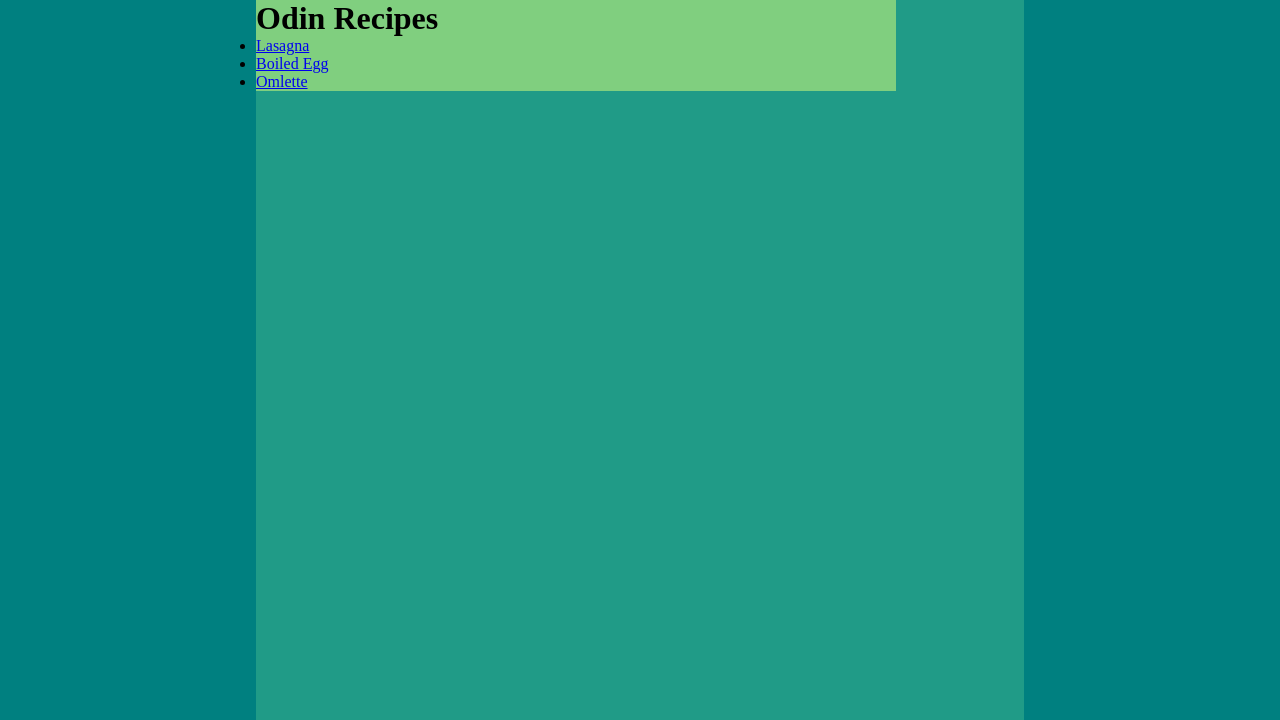
Repository: Pafestivo/odin-recipes
Page: index.html
The author's editor kept a copy of each file at every save. The page is drawn from the files as they stood at one save, then again after the next save.
The browser window is 1280 px wide. The pictures show the whole page.

Above is the page before, as saved 2022-09-24 12:25:57.

After the next save:
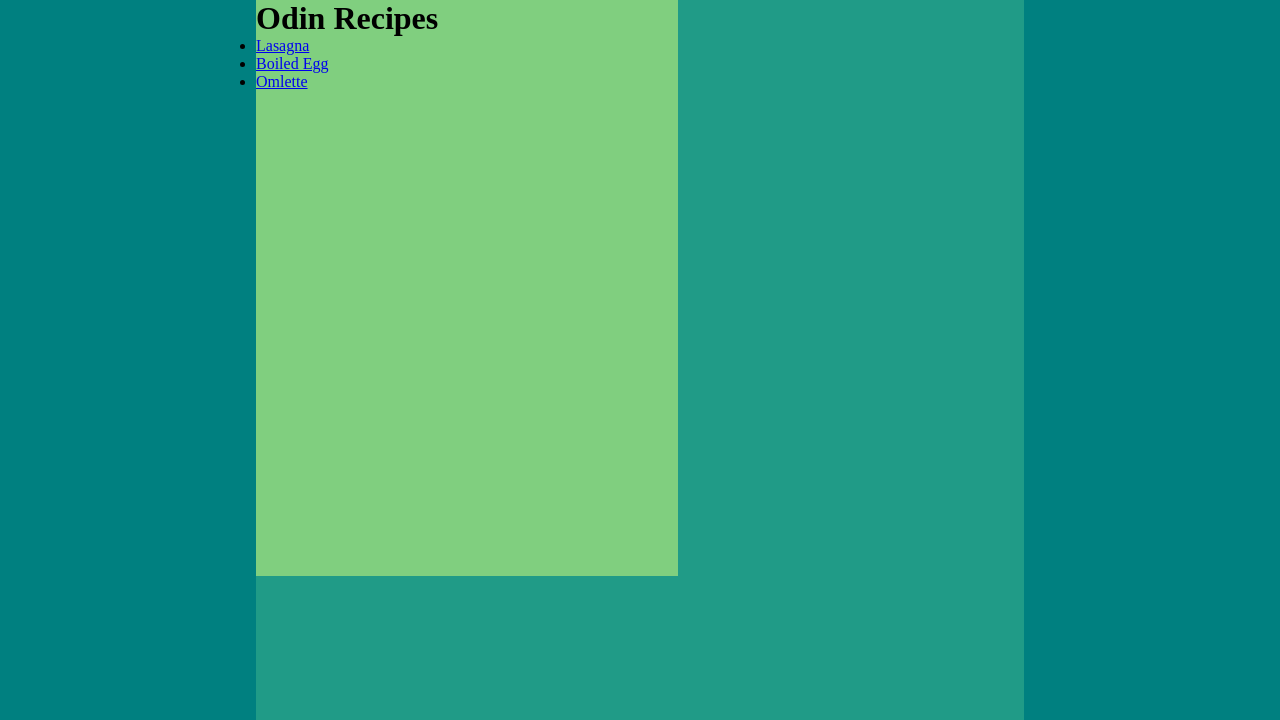
Saved 18 s later.
--- a/css/styles.css
+++ b/css/styles.css
@@ -18,6 +18,7 @@ body {
 }
 
 .inner {
-  width: 50vw;
   background-color: #80CF7F;
+  width: 33vw;
+  height: 80vh;
 }
